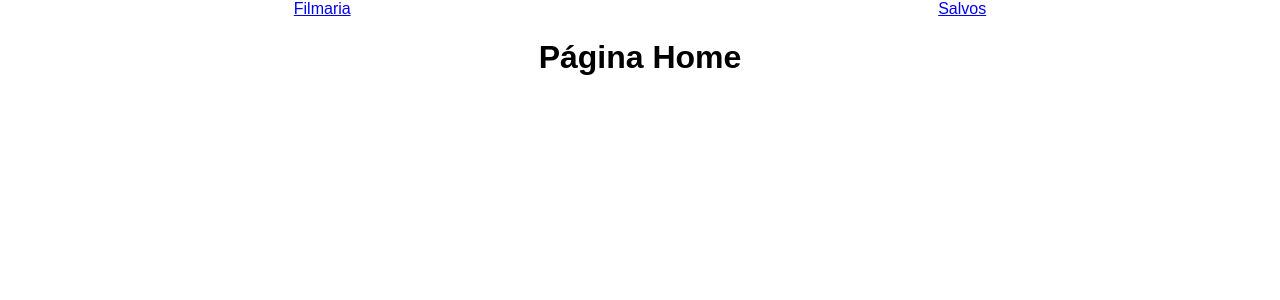
Repository: joaoaspimienta/Projeto-Filmaria
Page: /
An editor plug-in stored every save of this project. The page is shown before and after the next save, followed by the edit.
The browser window is 1280 px wide. The pictures show the whole page.
The project was rebuilt for these pictures with package versions that can differ from the ones it lists, and the page was loaded fresh each time.

Above is the page before, as saved 2022-02-28 18:20:25.

### src/App.js
//https://sujeitoprogramador.com/r-api/?api=filmes/

import './styles.css'
import Routes from './routes'

export default function App() {
  return (
    <div className='app'>
      <Routes/>
    </div>
  );
}

### src/styles.css
body {
  margin: 0;
  padding: 0;
  box-sizing: border-box;
  font-family: sans-serif;
}

.app {
  display: flex;
  width: 100%;
  justify-content: center;
  align-items: center;
  flex-direction: column;
}

### src/routes.js
import { BrowserRouter, Switch, Route } from "react-router-dom"

import Home from "./pages/Home"
import Header from "./components/Header"

const Routes = () => {
  return(
    <BrowserRouter>
      <Header/>
      <Switch>
        <Route exact path="/" component={Home} />
      </Switch>
    </BrowserRouter>
  )
}

export default Routes;

### src/pages/Home/index.js
//https://sujeitoprogramador.com/r-api/?api=filmes/

import './styles.css'

export default function Home() {
  return (
    <div>
      <h1>Página Home</h1>
    </div>
  );
}

### src/components/Header/index.js
import './header.css'
import { Link } from  'react-router-dom';

export default function Header(){
  return(
    <header>
      <Link className="logo" to='/'>Filmaria</Link>
      <Link className="favoritos" to='/'>Salvos</Link>
    </header>
  )
}

### src/components/Header/header.css
header {
  display: flex;
  align-items: center;
  justify-content: space-around;
  width: 100%;
}

Loaded but not shown: public/index.html (common file); src/index.js (common file); src/pages/Home/styles.css (no stored copy; drawn as an empty file)

After the next save:
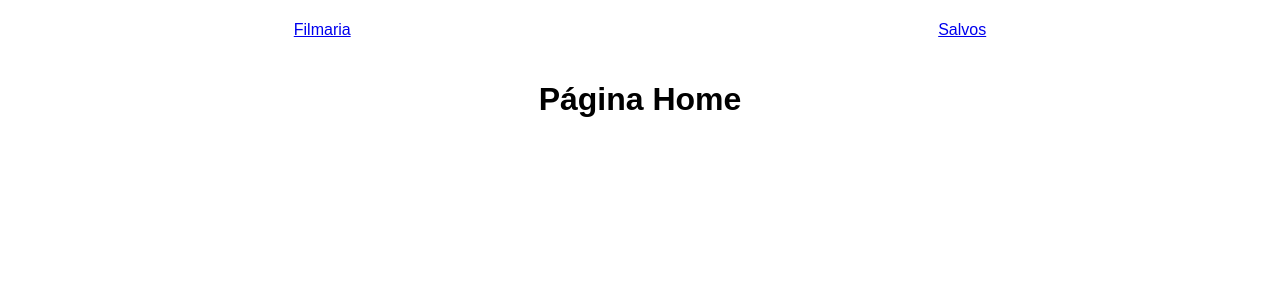
Saved 17 s later.
--- a/src/components/Header/header.css
+++ b/src/components/Header/header.css
@@ -3,4 +3,5 @@ header {
   align-items: center;
   justify-content: space-around;
   width: 100%;
+  height: 60px;
 }
